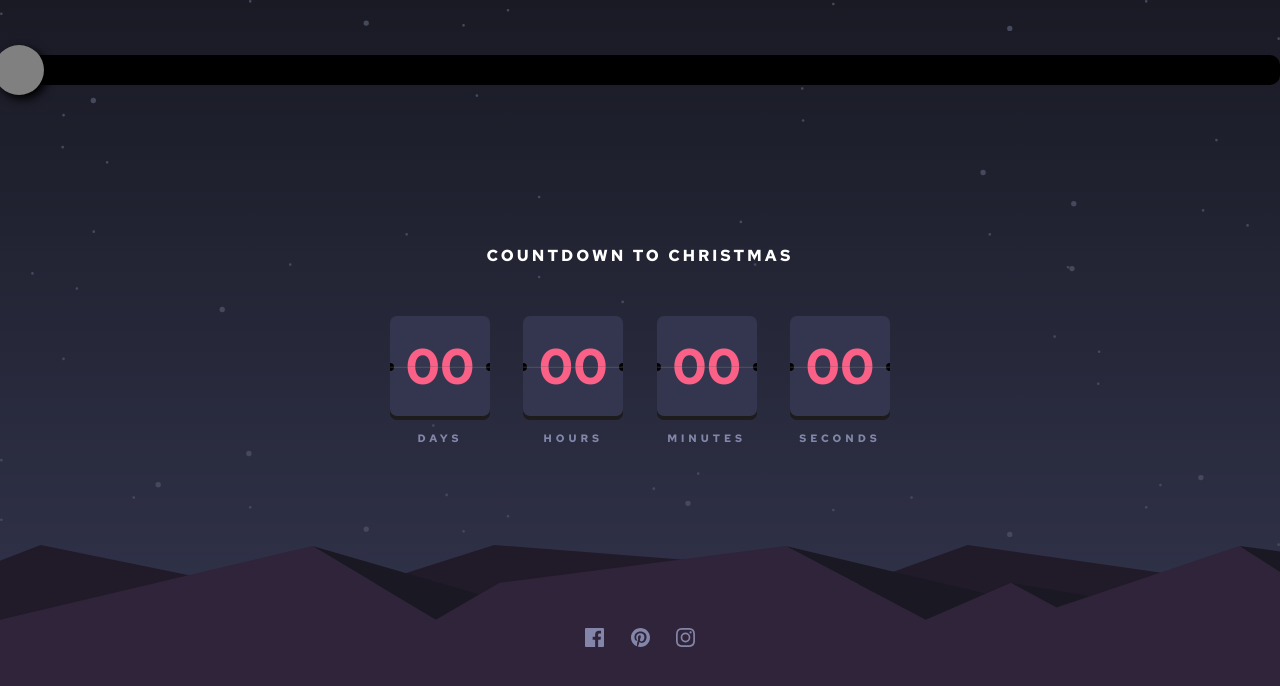
Repository: Eugene44-hub/countdown
Page: index.html
The author's editor kept a copy of each file at every save. The page is drawn from the files as they stood at one save, then again after the next save.
The browser window is 1280 px wide. The pictures show the whole page.

Above is the page before, as saved 2021-09-13 02:40:29.

### index.html
<!DOCTYPE html>
<html lang="en">

<head>
    <meta charset="UTF-8">
    <meta http-equiv="X-UA-Compatible" content="IE=edge">
    <meta name="viewport" content="width=device-width, initial-scale=1.0">
    <title>Document</title>
    <link rel="stylesheet" href="style.css">
</head>

<body>
    <div class="container">
        <div class="box col10">
            <div class="toggle"></div>
        </div>

        <div class="timer">
            <h4 class="col10">countdown to christmas</h4>
            <div>
                <div class="card">
                    <div class="circle"></div>
                    <div class="circle circle2"></div>
                    <p id="days">00</p>
                    <hr>
                </div>
                <h6>days</h6>
            </div>
            <div>
                <div class="card">
                    <div class="circle"></div>
                    <div class="circle circle2"></div>
                    <p id="hours">00</p>
                    <hr>
                </div>
                <h6>hours</h6>
            </div>
            <div>
                <div class="card">
                    <div class="circle"></div>
                    <div class="circle circle2"></div>
                    <p id="minutes">00</p>
                    <hr>
                </div>
                <h6>minutes</h6>
            </div>
            <div>
                <div class="card">
                    <div class="circle"></div>
                    <div class="circle circle2"></div>
                    <p id="seconds">00</p>
                    <hr>
                </div>
                <h6>seconds</h6>
            </div>

        </div>
        <footer>
            <div class="social-media" id="facebook">
                <a href=""><img src="images/icon-facebook.svg"></a>
            </div>
            <div class="social-media" id="pinterest">
                <a href="">
                    <img src="images/icon-pinterest.svg">
                </a>
            </div>
            <div class="social-media" id="instagram">
                <a href="">
                    <img src="images/icon-instagram.svg">
                </a>
            </div>



        </footer>
    </div>

    <script src="app.js"></script>

</body>

</html>

</html>

### style.css
    @import url('https://fonts.googleapis.com/css2?family=Red+Hat+Text:wght@700&display=swap');
    * {
        padding: 0;
        margin: 0;
        box-sizing: border-box;
    }

    body {
        /* background-color: hsl(235, 16%, 14%); */
        /* background-color: hsl(234, 17%, 12%); */
        background-image: url('images/pattern-hills.svg'), url('images/bg-stars.svg'), linear-gradient( hsl(235, 18%, 12%), hsl(236, 21%, 26%));
        background-position: bottom, top;
        background-repeat: no-repeat, repeat;
        background-size: contain;
        background-attachment: fixed;
        font-family: 'Red Hat Text';
    }

    .container {
        display: flex;
        width: 100%;
        height: 500px;
        flex-wrap: wrap;
        text-align: center;
    }

    .col10 {
        flex: 100%;
        margin: auto;
    }

    h4 {
        color: white;
        padding: 50px;
        text-transform: uppercase;
        letter-spacing: 3px;
    }

    h6 {
        color: white;
        text-transform: uppercase;
        margin-top: 15px;
        color: hsl(237, 18%, 59%);
        letter-spacing: 4px;
    }

    .timer {
        margin: auto;
        display: flex;
        flex-wrap: wrap;
        justify-content: space-between;
        max-width: 500px;
    }

    .card {
        background-color: hsl(236, 21%, 26%);
        width: 100px;
        height: 100px;
        position: relative;
        overflow: hidden;
        box-shadow: 0px 4px rgb(29, 27, 27);
        border-radius: 7px;
        display: flex;
    }

    p {
        font-size: 50px;
        color: hsl(345, 95%, 68%);
        margin: auto;
    }

    .circle {
        border-width: 4px;
        border-radius: 50%;
        border-color: black;
        border-style: solid;
        height: 1px;
        position: absolute;
        left: -4px;
        top: 47%;
    }

    .circle2 {
        left: 96px;
    }

    hr {
        position: absolute;
        width: 100%;
        top: 50%;
        left: 0%;
        border-color: rgb(158, 158, 158);
        opacity: 0.2;
    }

    footer {
        display: flex;
        justify-content: space-between;
        flex: 100%;
        max-width: 130px;
        position: absolute;
        bottom: 5%;
        left: 50%;
        transform: translate(-50%, -50%);
    }

    img {
        width: 100%
    }

    .social-media {
        width: 30%;
        padding: 10px;
    }

    img:hover {
        background-color: hsl(345, 95%, 68%);
    }

    .box {
        background-color: black;
        height: 30px;
        width: 100px;
        position: relative;
        transition: all 0.5s;
        border-radius: 10px;
    }

    .toggle {
        top: -10px;
        background-color: grey;
        height: 50px;
        width: 50px;
        box-shadow: 4px 4px 10px black;
        border-radius: 50%;
        position: absolute;
        left: -6px;
        transition: all 0.5s;
    }

    @media screen and (max-width: 720px) {
        .timer {
            max-width: 100%;
            padding: 2px;
        }
        body {
            background-image: url('images/snow-clipart-620123-ields-covered-with-snow-under-a-b-Stock-Vector.jpg');
            background-size: auto;
        }
    }
    /* timer color  hsl(345, 95%, 68%)
timer card color hsl(237, 18%, 59%)
* /

### app.js
setInterval(e => {
    const days = document.querySelector('#days');
    const hours = document.querySelector('#hours');
    const minutes = document.querySelector('#minutes');
    const seconds = document.querySelector('#seconds');
    //Actual values
    const proposed = new Date('2021-12-25');
    const current = new Date();

    const proArr = [proposed.getHours(), proposed.getMinutes(), proposed.getSeconds(), proposed.getDay(), proposed.getMonth()];
    let daysTo, hoursTo, minutesTo, secondsTo;

    daysTo = (((proArr.at(-1) * 31) - 7) + proposed.getDate()) - (((current.getMonth() * 31) - 5) + current.getDate());
    hoursTo = (24 - current.getHours());
    minutesTo = (60 - current.getMinutes());
    secondsTo = (60 - current.getSeconds());

    days.textContent = daysTo;
    hours.textContent = hoursTo;
    minutes.textContent = minutesTo;
    seconds.textContent = secondsTo;
}, Infinity)









//calculation starts
// console.log((((proArr.at(-1) * 31) - 7) + proposed.getDate()) - (((current.getMonth() * 31) - 5) + current.getDate()) + 'days to christmas');
// console.log('hours:' + (24 - current.getHours()));
// console.log('minutes:' + (60 - current.getMinutes()));
// console.log('seconds:' + (60 - current.getSeconds()));
//claculations end


// console.log('proposed days:' + (((proArr.at(-1) * 31) - 7) + proposed.getDate()));
// console.log('current days:' + (((current.getMonth() * 31) - 5) + current.getDate()));
//test
// let cal = proposed. - current;
// console.log(proposed);
// console.log(current.getDate());
// console.log(proArr.at(-1) + 1);
// let another = new Date(cal);
// console.log(another)
//359-253 propsed day - current day(mth*31-7) for september minus 6

After the next save:
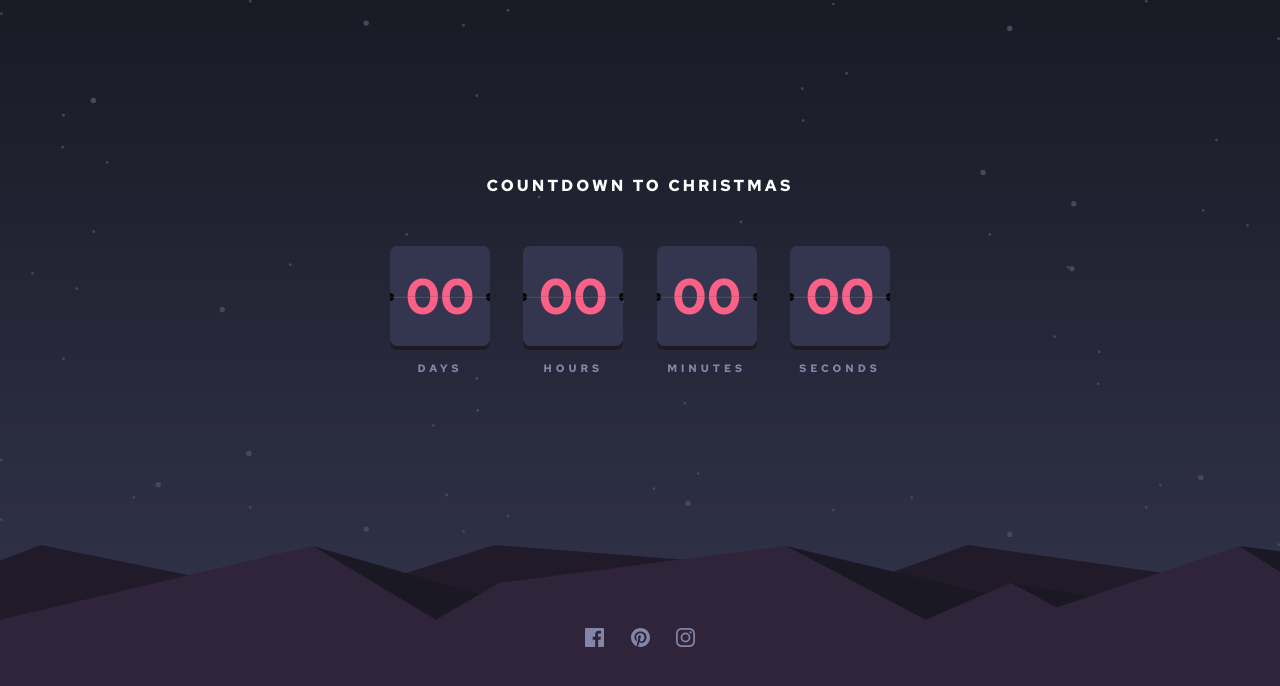
Saved 7 s later.
--- a/index.html
+++ b/index.html
@@ -11,9 +11,6 @@
 
 <body>
     <div class="container">
-        <div class="box col10">
-            <div class="toggle"></div>
-        </div>
 
         <div class="timer">
             <h4 class="col10">countdown to christmas</h4>
